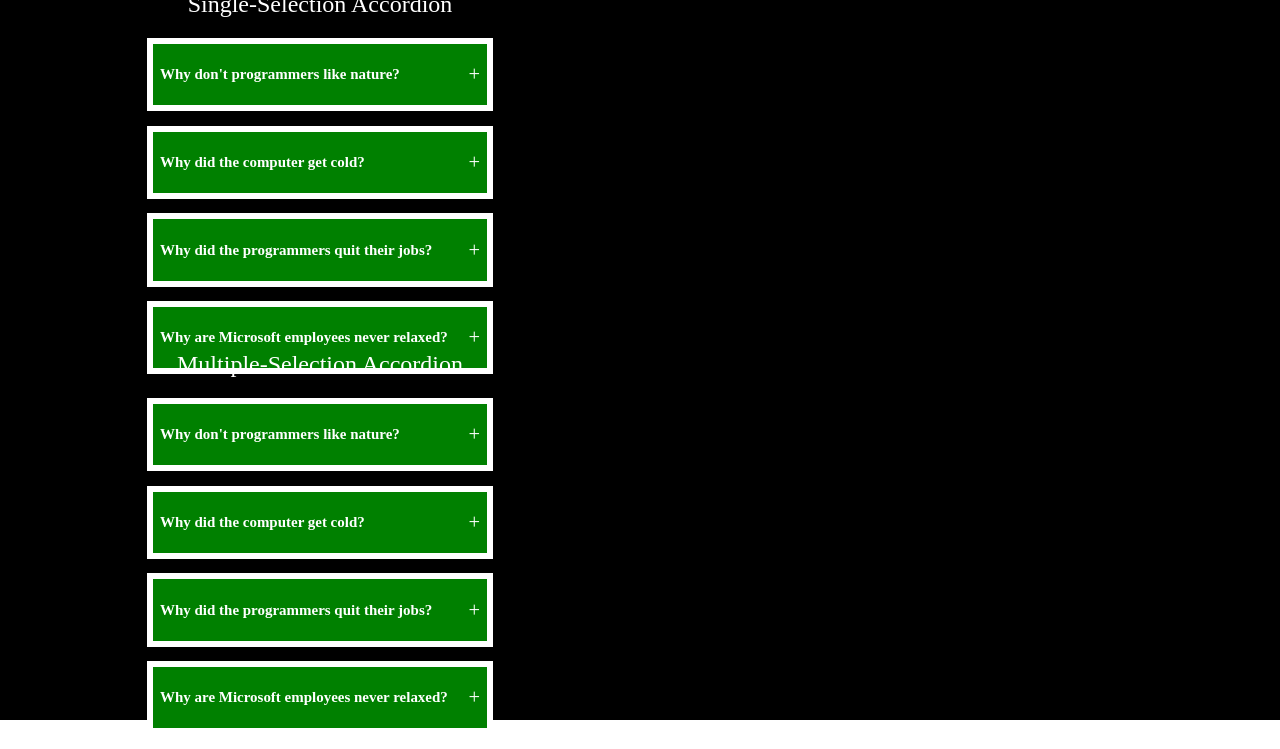
Repository: kosenijr/react-projects
Page: / (app in accordion/)
An editor plug-in stored every save of this project. The page is shown before and after the next save, followed by the edit.
The browser window is 1280 px wide. The pictures show the whole page.
The project was rebuilt for these pictures with package versions that can differ from the ones it lists, and the page was loaded fresh each time.

Above is the page before, as saved 2024-03-03 12:47:00.

### accordion/src/App.js
import React from "react";
import "./App.css";
import SingleSelection from "./components/SingleSelection";
import MultiSelection from "./components/MultiSelection";

function App() {
  return (
    <div className="App">
      <SingleSelection />
      <MultiSelection />
    </div>
  );
}

export default App;

### accordion/src/App.css
.App {
  text-align: center;
  background-color: black;
  color: white;
}

### accordion/src/components/SingleSelection.js
import React, { useState } from "react";
import "../styles/SingleSelection.css";
import data from "../data";

function SingleSelection() {
  // setting up useState.
  const [selected, setSelected] = useState(null);
  // setting up handling
  const handleSingleSelection = (getCurrentId) => {
    console.log(selected, getCurrentId);
    // setSelected(getCurrentId === selected ? null : getCurrentId); // keep add condition for closure
    setSelected(selected !== getCurrentId ? getCurrentId : null);
  };

  return (
    <div className="single-selection-wrapper">
      {/* Single-Selection Accordion */}
      <div className="single-selection-accordion">
        <h2 className="single-selection-description">Single-Selection Accordion</h2>
        {data && data.length > 0 ? (
          data.map((dataItem) => (
            <div className="single-selection-item" key={dataItem.id} onClick={() => handleSingleSelection(dataItem.id)}>
              {/* always remember to add key */}
              <div className="single-selection-title">
                <h3>{dataItem.question}</h3>
                <span className="single-selection-span">{selected === dataItem.id ? "-" : "+"}</span>
              </div>
              {selected === dataItem.id ? (
                <div className="single-selection-content ">{dataItem.answer}</div>
              ) : null}
            </div>
          ))
        ) : (
          <div>No data found!</div>
        )}
      </div>
    </div>
  );
}

export default SingleSelection;

### accordion/src/components/MultiSelection.js
import React, { useState } from "react";
import "../styles/MultiSelection.css";
import data from "../data";

function MultiSelection() {
  // setting up useState.
  const [selected, setSelected] = useState(null);
  // setting up handling
  const handleMultiSelection = (getCurrentId) => {
    console.log(selected, getCurrentId);
    // setSelected(getCurrentId === selected ? null : getCurrentId); // keep add condition for closure
    setSelected(selected !== getCurrentId ? getCurrentId : null);
  };

  return (
    <div className="multi-selection-wrapper">
      {/* Multi-Selection Accordion */}
      <div className="multi-selection-accordion">
        <h2 className="multi-selection-description">Multiple-Selection Accordion</h2>
        {data && data.length > 0 ? (
          data.map((dataItem) => (
            <div className="multi-selection-item" key={dataItem.id} onClick={() => handleMultiSelection(dataItem.id)}>
              {/* always remember to add key */}
              <div className="multi-selection-title">
                <h3>{dataItem.question}</h3>
                <span className="multi-selection-span">{selected === dataItem.id ? "-" : "+"}</span>
              </div>
              {selected === dataItem.id ? (
                <div className="multi-selection-content ">{dataItem.answer}</div>
              ) : null}
            </div>
          ))
        ) : (
          <div>No data found!</div>
        )}
      </div>
    </div>
  );
}

export default MultiSelection;

### accordion/src/styles/SingleSelection.css
.single-selection-wrapper {
  display: flex;
  justify-content: center;
  align-items: center;
  height: 50vh;
  width: 50vw;
}

.single-selection-description {
  font-family: "Raleway";
  font-weight: 500;
}

.single-selection-item {
  background-color: green;
  color: white;
  font-size: 0.8em;
  font-family: "Raleway", "Times New Roman";
  margin: 2vh 0;
  padding: 1vh;
  width: 25vw;
  border: 0.5em solid white;
  cursor: pointer;
}

.single-selection-title {
  display: flex;
  justify-content: space-between;
  align-items: center;
}

.single-selection-span {
  font-size: 1.6em;;
}

.single-selection-content {
  display: flex;
  justify-content: space-between;
  color: burlywood;
  align-items: left;
  font-size: 1.2em;
  font-family:  "Raleway", "Times New Roman";
  font-weight: 600;

}

### accordion/src/data.js
const data = [
  {
    id: 1,
    question: "Why don't programmers like nature?",
    answer: "It has too many bugs!",
  },

  {
    id: 2,
    question: "Why did the computer get cold?",
    answer: "It left its Windows open.",
  },

  {
    id: 3,
    question: "Why did the programmers quit their jobs?",
    answer: "Because they didn't get arrays!",
  },

  {
    id: 4,
    question: "Why are Microsoft employees never relaxed?",
    answer: "Because they're always on Edge.",
  },
];

export default data;

### accordion/src/styles/MultiSelection.css
.multi-selection-wrapper {
  display: flex;
  justify-content: center;
  align-items: center;
  height: 50vh;
  width: 50vw;
  float right;
}

.multi-selection-description {
  font-family: "Raleway";
  font-weight: 500;
}

.multi-selection-item {
  background-color: green;
  color: white;
  font-size: 0.8em;
  font-family: "Raleway", "Times New Roman";
  margin: 2vh 0;
  padding: 1vh;
  width: 25vw;
  border: 0.5em solid white;
  cursor: pointer;
}

.multi-selection-title {
  display: flex;
  justify-content: space-between;
  align-items: center;
}

.multi-selection-span {
  font-size: 1.6em;
}

.multi-selection-content {
  display: flex;
  justify-content: space-between;
  color: burlywood;
  align-items: left;
  font-size: 1.2em;
  font-family: "Raleway", "Times New Roman";
  font-weight: 600;
}

Loaded but not shown: accordion/public/index.html (common file); accordion/src/index.js (common file); accordion/src/index.css (common file); accordion/src/reportWebVitals.js (common file)

After the next save:
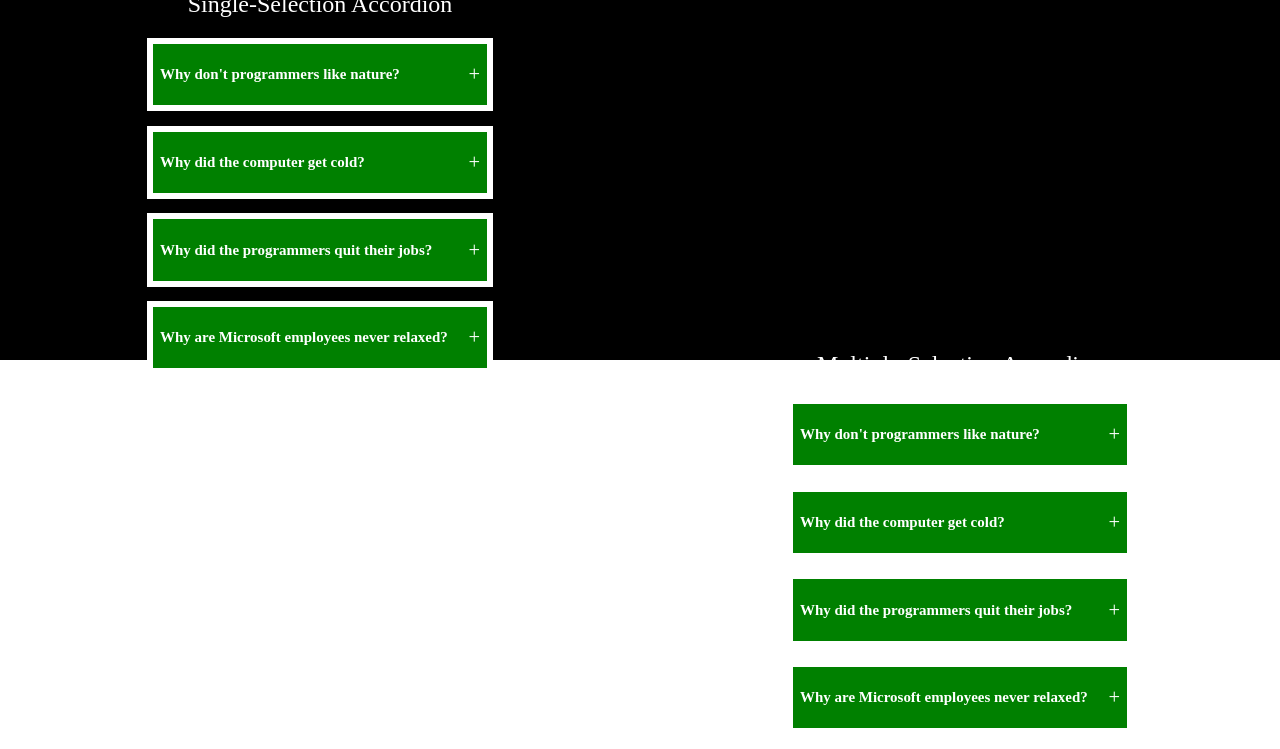
Saved 5 s later.
--- a/accordion/src/styles/MultiSelection.css
+++ b/accordion/src/styles/MultiSelection.css
@@ -4,7 +4,7 @@
   align-items: center;
   height: 50vh;
   width: 50vw;
-  float right;
+  float: right;
 }
 
 .multi-selection-description {
